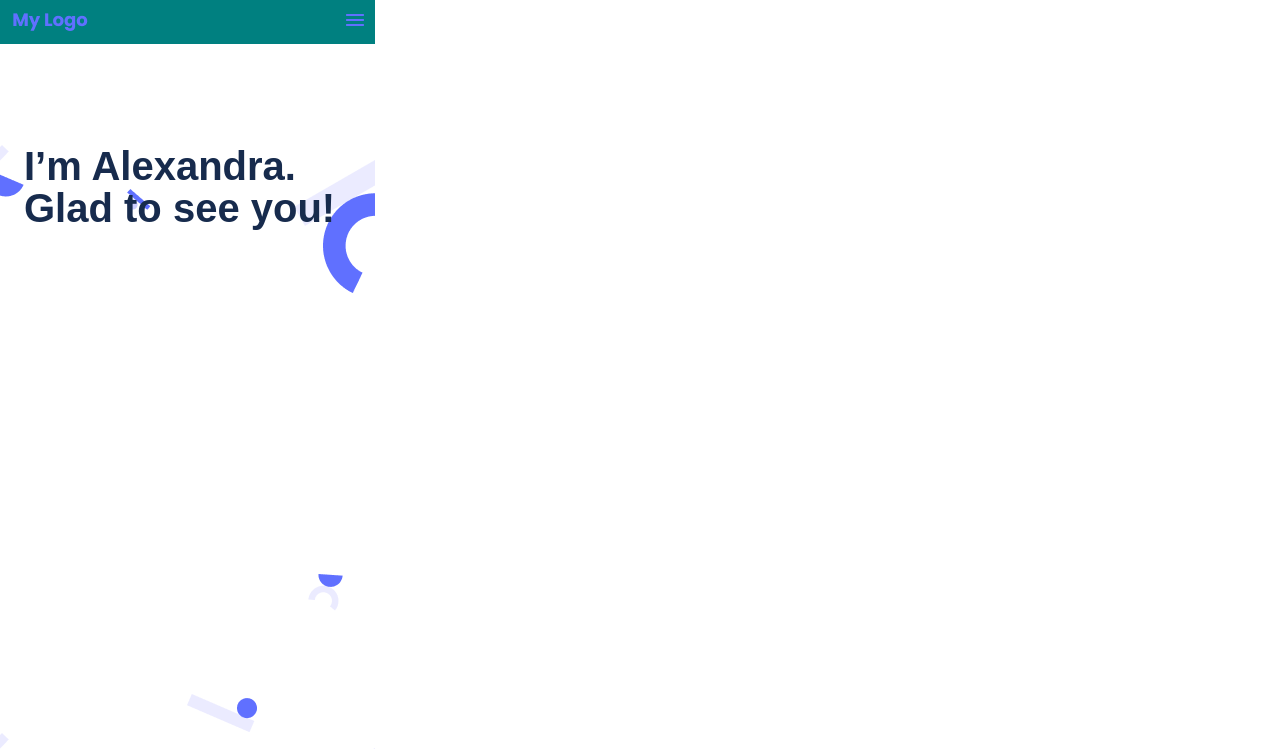
Repository: Paulinelali/potfoilo.github.io
Page: public/index.html
These files come from the project's save history. The page is drawn as it stood at one moment and after the next save; the edit follows.
The browser window is 1280 px wide. The pictures show the whole page.

Above is the page before, as saved 2023-03-24 21:56:27.

### public/index.html
<!DOCTYPE html>
<html lang="en">
<head>
    <meta charset="UTF-8">
    <meta http-equiv="X-UA-Compatible" content="IE=edge">
    <meta name="viewport" content="width=device-width, initial-scale=1.0">
    <link rel="stylesheet" href="../styles/style.css">
    <title>Ayomide S.E.P</title>
</head>
<body>

    <header class="header header-top">
        <div class="header-inner sp-btw-flex">
            <div class="heoader-log">
                <img src="../assets/Logo Placeholder.png" alt="">
            </div>
            <div class="header-mobile-icon">
                <img src="../assets/Normal Button/Tertiary/Enabled.png" alt="">
            </div>
        </div>
    </header>

    <section class="intro-section">
        <h2 class="intro-title">I’m Alexandra.
            Glad to see you!</h2>
    </section>
</body>
</html>

### styles/style.css
*{
    box-sizing: border-box;
    padding: 0px;
    margin: 0px;
}


.header-inner{
    background-color: teal;
    display: flex;
    justify-content: space-between;
    position: absolute;
    width: 375px;
}

.sp-btw-flex{ display: flex;}
.sp-btw-fle .heoader-log{
    width: 40px;
    height: 40px;
    left: 24px;
    top: cal(50% -40px/2);
    border-radius: 8px;
    -webkit-border-radius: 8px;
    -moz-border-radius: 8px;
    -ms-border-radius: 8px;
    -o-border-radius: 8px;
}

.header-mobile-icon{
    width: 40px;
    height: 40px;
    right: 24px;
    top: cal(50% -40px/2);
    border-radius: 8px;
    -webkit-border-radius: 8px;
    -moz-border-radius: 8px;
    -ms-border-radius: 8px;
    -o-border-radius: 8px;
}
.intro-section{
    background-image: url("../assets/header-shapes\ mobile.png");
    width: 375px;
    background-size: contain;
    position: absolute;
    top: 145px;
    height: 604px;

}

.intro-title{
    font-family: 'Poppins', sans-serif;
    font-size: 40px;
    font-weight: 700;
    line-height: 42px;
    color: #172B4D;
    width: 327px;
    margin: auto;
}

After the next save:
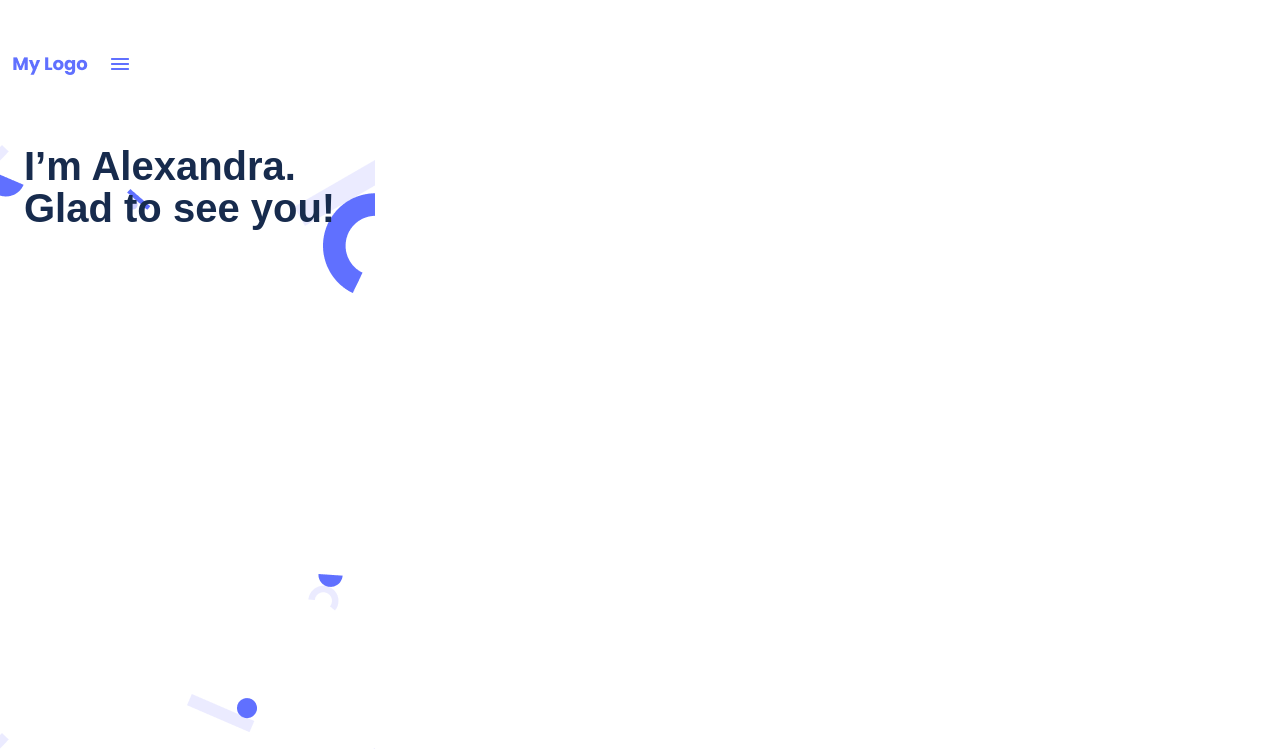
Saved 42 s later.
--- a/styles/style.css
+++ b/styles/style.css
@@ -6,11 +6,11 @@
 
 
 .header-inner{
-    background-color: teal;
-    display: flex;
-    justify-content: space-between;
     position: absolute;
-    width: 375px;
+left: 0px;
+right: 0px;
+top: 44px;
+bottom: 0px;
 }
 
 .sp-btw-flex{ display: flex;}

After the save that followed:
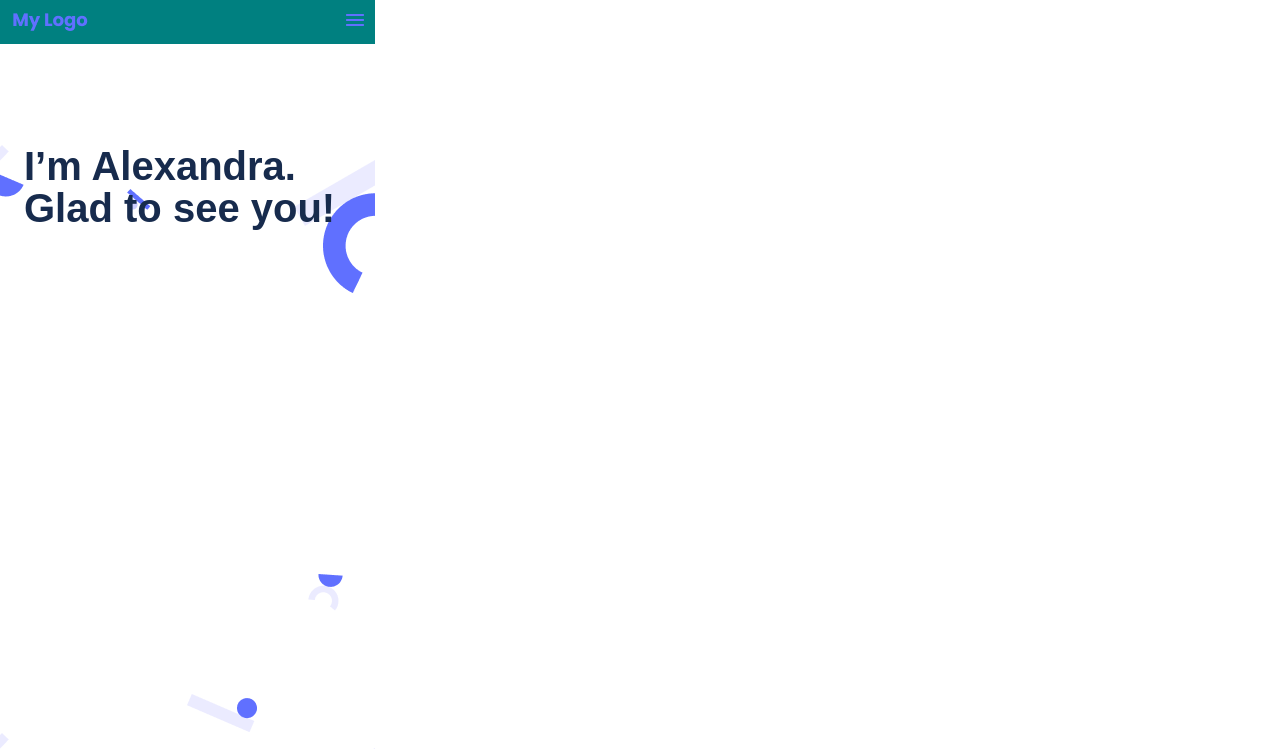
Saved 16 s later.
--- a/styles/style.css
+++ b/styles/style.css
@@ -6,11 +6,11 @@
 
 
 .header-inner{
+    background-color: teal;
+    display: flex;
+    justify-content: space-between;
     position: absolute;
-left: 0px;
-right: 0px;
-top: 44px;
-bottom: 0px;
+    width: 375px;
 }
 
 .sp-btw-flex{ display: flex;}
